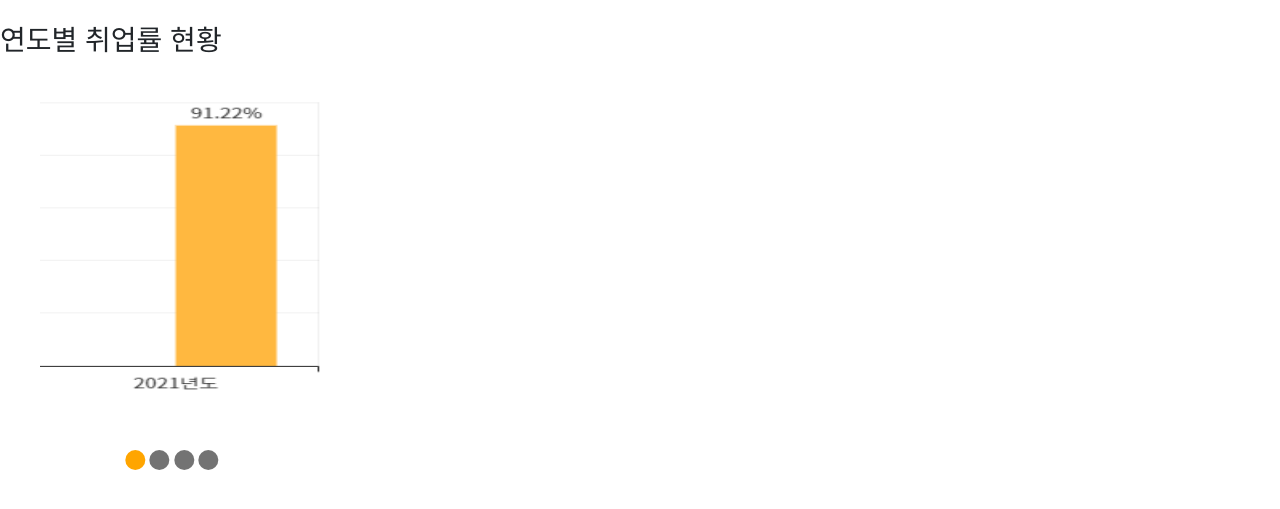
Repository: JavaJin96/kr.or.ddit.HighJava
Page: http://localhost/TeamProjectDCUM/work_psj/iframe_psj/getwork.jsp
The author's editor kept a copy of each file at every save. The page is drawn from the files as they stood at one save, then again after the next save.
The browser window is 1280 px wide. The pictures show the whole page.
Some web fonts or font styles are not loaded; a fallback is used. The page is served by Tomcat 9. Other server files are loaded and not shown.

Above is the page before, as saved 2022-02-16 06:05:07.

### 3.Highjava/workspace/TeamProjectDCUM/WebContent/work_psj/iframe_psj/getwork.jsp
<%@ page language="java" contentType="text/html; charset=UTF-8"
    pageEncoding="UTF-8"%>
<!DOCTYPE html>
<html>
<head>
<meta charset="UTF-8">
<title>Insert title here</title>
<!-- 카드 -->
<link rel="stylesheet" href="https://cdn.jsdelivr.net/npm/bootstrap@4.6.1/dist/css/bootstrap.min.css">
<script src="https://cdn.jsdelivr.net/npm/jquery@3.5.1/dist/jquery.slim.min.js"></script>
<script src="https://cdn.jsdelivr.net/npm/popper.js@1.16.1/dist/umd/popper.min.js"></script>
<script src="https://cdn.jsdelivr.net/npm/bootstrap@4.6.1/dist/js/bootstrap.bundle.min.js"></script>
 <link rel="preconnect" href="https://fonts.googleapis.com">
<link rel="preconnect" href="https://fonts.gstatic.com" crossorigin>
<link href="https://fonts.googleapis.com/css2?family=Jua&display=swap" rel="stylesheet">
<style>
/*---------------------- 슬라이드 ----------------------------*/
.slider{
	margin-left : 40px;
	margin-top : 40px;
    width: 300px;
    height: 400px;
    position: relative;
    overflow: hidden; /* 현재 슬라이드 오른쪽에 위치한 나머지 슬라이드 들이 보이지 않도록 가림 */
/*     text-align: center; */
	display: flex;
}
.slider input[type=radio]{
    display: none;
}
img{
	width : 300px;
    height : 300px;
}

ul.imgs{
    padding: 0;
    margin: 0;
    list-style: none;
}
ul.imgs li{
    position: absolute;
    left: 640px;
    transition-delay: 1s; /* 새 슬라이드가 이동해 오는 동안 이전 슬라이드 이미지가 배경이 보이도록 지연 */
    padding: 0;
    margin: 0;
}

.bullets{
    position: absolute;
    left: 44%;
    transform: translateX(-50%);
    bottom: 20px;
    z-index: 2;
}

.bullets label{
    display: inline-block;
    border-radius: 50%;
    background-color: rgba(0,0,0,0.55);
    width: 20px;
    height: 20px;
    cursor: pointer;
}

/* 현재 선택된 불릿 배경 흰색으로 구분 표시 */
.slider input[type=radio]:nth-child(1):checked~.bullets>label:nth-child(1){
    background-color: orange;
}

.slider input[type=radio]:nth-child(2):checked~.bullets>label:nth-child(2){
    background-color: orange;
}

.slider input[type=radio]:nth-child(3):checked~.bullets>label:nth-child(3){
    background-color: orange;
}

.slider input[type=radio]:nth-child(4):checked~.bullets>label:nth-child(4){
    background-color: orange;
}

 .slider input[type=radio]:nth-child(1):checked~ul.imgs>li:nth-child(1){
     left: 0;
     transition: 0.5s;
     z-index:1;
 }

 .slider input[type=radio]:nth-child(2):checked~ul.imgs>li:nth-child(2){
     left: 0;
     transition: 0.5s;
     z-index:1;
 }

 .slider input[type=radio]:nth-child(3):checked~ul.imgs>li:nth-child(3){
     left: 0;
     transition: 0.5s;
     z-index:1;
 }

 .slider input[type=radio]:nth-child(4):checked~ul.imgs>li:nth-child(4){
     left: 0;
     transition: 0.5s;
     z-index:1;
 }
 body{
 	font-family: 'Jua', sans-serif;
 }

</style>


</head>
<body>
	&nbsp;&nbsp;&nbsp;<h3>연도별 취업률 현황</h3>
	<div class="slider" targer="ifr">
	    <input type="radio" name="slide" id="slide1" checked>
	    <input type="radio" name="slide" id="slide2">
	    <input type="radio" name="slide" id="slide3">
	    <input type="radio" name="slide" id="slide4">

	    <ul id="imgholder" class="imgs">
	        <li><img src="<%=request.getContextPath()%>/images/main/getwork2.png" targer="ifr"></li>
	        <li><img src="<%=request.getContextPath()%>/images/main/getwork3.PNG" targer="ifr"></li>
	        <li><img src="<%=request.getContextPath()%>/images/main/getwork4.PNG" targer="ifr"></li>
	        <li><img src="<%=request.getContextPath()%>/images/main/getwork5.PNG" targer="ifr" ></li>
	    </ul>

	    <div class="bullets">
	        <label for="slide1">&nbsp;</label>
	        <label for="slide2">&nbsp;</label>
	        <label for="slide3">&nbsp;</label>
	        <label for="slide4">&nbsp;</label>
	    </div>
	</div>


</body>
</html>

After the next save:
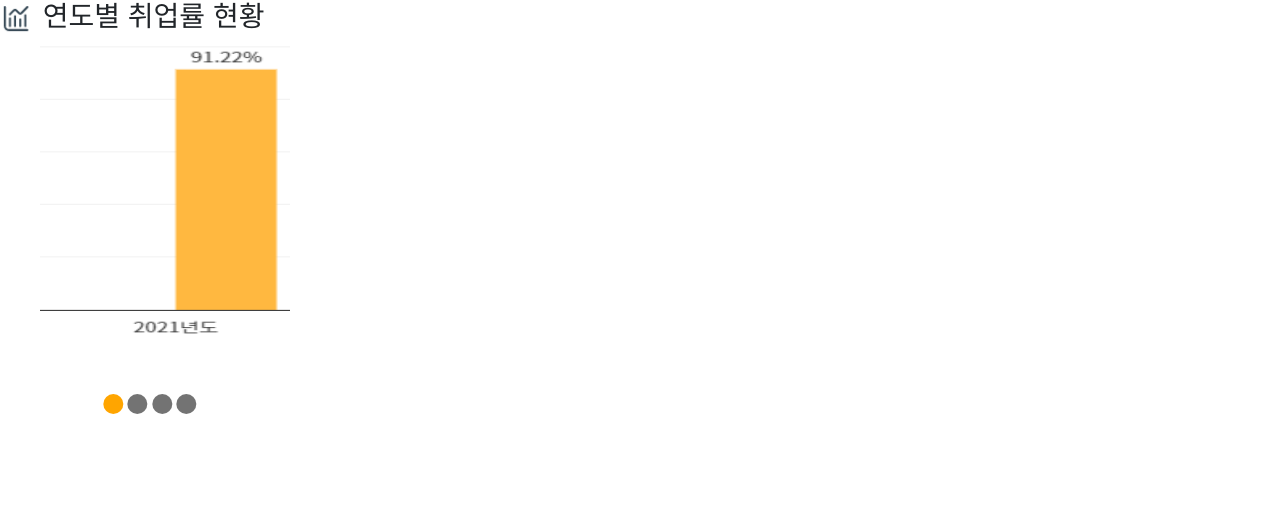
Saved 98 s later.
--- a/3.Highjava/workspace/TeamProjectDCUM/WebContent/work_psj/iframe_psj/getwork.jsp
+++ b/3.Highjava/workspace/TeamProjectDCUM/WebContent/work_psj/iframe_psj/getwork.jsp
@@ -15,10 +15,14 @@
 <link href="https://fonts.googleapis.com/css2?family=Jua&display=swap" rel="stylesheet">
 <style>
 /*---------------------- 슬라이드 ----------------------------*/
+
+#icon{
+	width : 35px;
+    height : 30px;
+}
 .slider{
 	margin-left : 40px;
-	margin-top : 40px;
-    width: 300px;
+    width: 250px;
     height: 400px;
     position: relative;
     overflow: hidden; /* 현재 슬라이드 오른쪽에 위치한 나머지 슬라이드 들이 보이지 않도록 가림 */
@@ -112,7 +116,10 @@ ul.imgs li{
 
 </head>
 <body>
-	&nbsp;&nbsp;&nbsp;<h3>연도별 취업률 현황</h3>
+<h3>
+	<img id="icon"src="<%=request.getContextPath()%>/images/icon/차트.PNG">
+	연도별 취업률 현황
+</h3>
 	<div class="slider" targer="ifr">
 	    <input type="radio" name="slide" id="slide1" checked>
 	    <input type="radio" name="slide" id="slide2">
